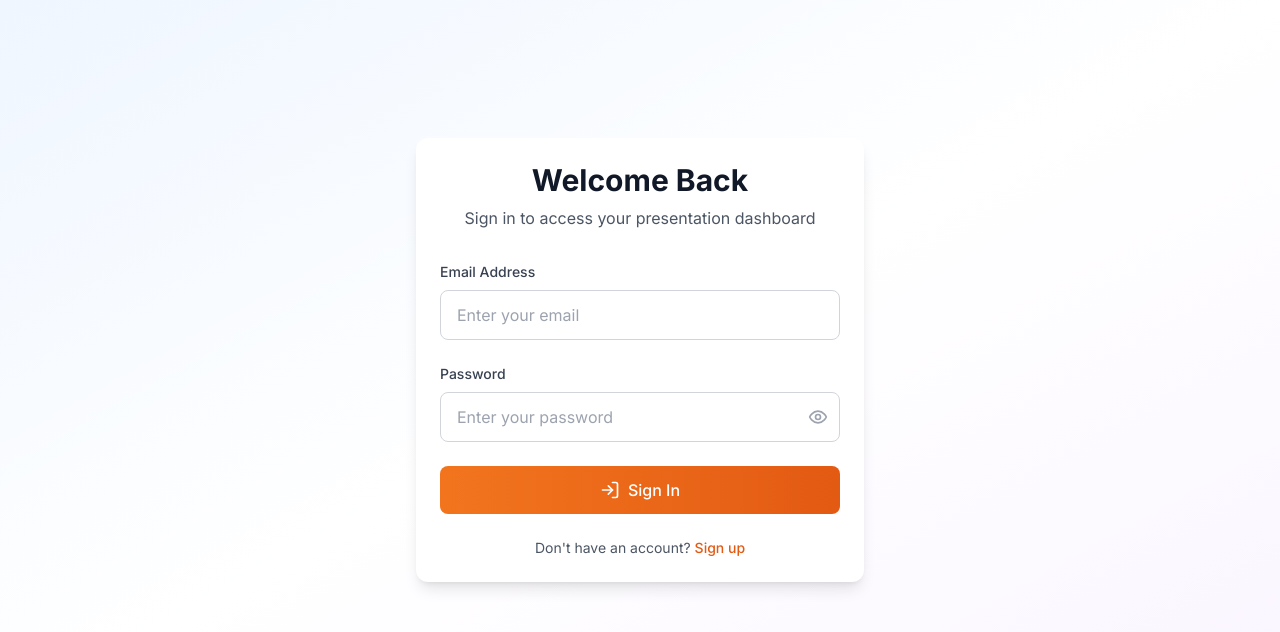
Repository: gsabarinath02/PitchVelo
Page: /login (app in frontend/)
An editor plug-in stored every save of this project. The page is shown before and after the next save, followed by the edit.
The browser window is 1280 px wide. The pictures show the whole page.
The page's requests for data from a server got no answer. The project was rebuilt for these pictures with package versions that can differ from the ones it lists, and the page was loaded fresh each time. The framework's server and built-in components were replaced by stand-ins that run in the browser. No one was signed in, and anything a server would have sent is missing. Also part of the build but not shown: frontend/next.config.js.

Above is the page before, as saved 2025-07-21 07:52:29.

### frontend/app/layout.tsx
import './globals.css'
import { Inter } from 'next/font/google'
import { Toaster } from 'react-hot-toast'
import { AuthProvider } from '@/contexts/AuthContext'

const inter = Inter({ subsets: ['latin'] })

export const metadata = {
  title: 'Presentation Analytics',
  description: 'Interactive presentation viewer with analytics tracking',
}

export default function RootLayout({
  children,
}: {
  children: React.ReactNode
}) {
  return (
    <html lang="en">
      <body className={`${inter.className} gradient-bg min-h-screen`}>
        <AuthProvider>
          {children}
          <Toaster
            position="top-right"
            toastOptions={{
              duration: 4000,
              style: {
                background: '#363636',
                color: '#fff',
              },
            }}
          />
        </AuthProvider>
      </body>
    </html>
  )
}

### frontend/app/login/page.tsx
'use client';

import { useState, useEffect } from 'react';
import { useRouter } from 'next/navigation';
import { useForm } from 'react-hook-form';
import { motion } from 'framer-motion';
import { Eye, EyeOff, LogIn } from 'lucide-react';
import toast from 'react-hot-toast';
import { authAPI } from '@/lib/api';
import { useAuth } from '@/contexts/AuthContext';

interface LoginForm {
  email: string;
  password: string;
}

export default function LoginPage() {
  const [showPassword, setShowPassword] = useState(false);
  const [isLoading, setIsLoading] = useState(false);
  const router = useRouter();
  const { login } = useAuth();

  const {
    register,
    handleSubmit,
    formState: { errors },
  } = useForm<LoginForm>();

  useEffect(() => {
    // Track page visit
    const trackPageVisit = async () => {
      try {
        await fetch('/api/analytics/page-visit', {
          method: 'POST',
          headers: { 'Content-Type': 'application/json' },
          body: JSON.stringify({ page_name: 'login' }),
        });
      } catch (error) {
        console.error('Failed to track page visit:', error);
      }
    };

    trackPageVisit();
  }, []);

  const onSubmit = async (data: LoginForm) => {
    setIsLoading(true);
    try {
      const response = await authAPI.login(data);
      const { access_token } = response.data;

      // Get user info from token (you might want to decode JWT or make another API call)
      const userResponse = await fetch('/api/auth/me', {
        headers: { Authorization: `Bearer ${access_token}` },
      });
      const user = await userResponse.json();

      login(access_token, user);
      toast.success('Login successful!');
      router.push('/dashboard');
    } catch (error: any) {
      toast.error(error.response?.data?.detail || 'Login failed');
    } finally {
      setIsLoading(false);
    }
  };

  return (
    <div className="min-h-screen flex items-center justify-center gradient-bg">
      <motion.div
        initial={{ opacity: 0, y: 20 }}
        animate={{ opacity: 1, y: 0 }}
        transition={{ duration: 0.5 }}
        className="card max-w-md w-full mx-4"
      >
        <div className="text-center mb-8">
          <h1 className="text-3xl font-bold text-gray-900 mb-2">
            Welcome Back
          </h1>
          <p className="text-gray-600">
            Sign in to access your presentation dashboard
          </p>
        </div>

        <form onSubmit={handleSubmit(onSubmit)} className="space-y-6">
          <div>
            <label htmlFor="email" className="block text-sm font-medium text-gray-700 mb-2">
              Email Address
            </label>
            <input
              {...register('email', {
                required: 'Email is required',
                pattern: {
                  value: /^[A-Z0-9._%+-]+@[A-Z0-9.-]+\.[A-Z]{2,}$/i,
                  message: 'Invalid email address',
                },
              })}
              type="email"
              id="email"
              className="input-field"
              placeholder="Enter your email"
            />
            {errors.email && (
              <p className="mt-1 text-sm text-red-600">{errors.email.message}</p>
            )}
          </div>

          <div>
            <label htmlFor="password" className="block text-sm font-medium text-gray-700 mb-2">
              Password
            </label>
            <div className="relative">
              <input
                {...register('password', {
                  required: 'Password is required',
                  minLength: {
                    value: 6,
                    message: 'Password must be at least 6 characters',
                  },
                })}
                type={showPassword ? 'text' : 'password'}
                id="password"
                className="input-field pr-10"
                placeholder="Enter your password"
              />
              <button
                type="button"
                onClick={() => setShowPassword(!showPassword)}
                className="absolute inset-y-0 right-0 pr-3 flex items-center"
              >
                {showPassword ? (
                  <EyeOff className="h-5 w-5 text-gray-400" />
                ) : (
                  <Eye className="h-5 w-5 text-gray-400" />
                )}
              </button>
            </div>
            {errors.password && (
              <p className="mt-1 text-sm text-red-600">{errors.password.message}</p>
            )}
          </div>

          <button
            type="submit"
            disabled={isLoading}
            className="btn-primary w-full flex items-center justify-center"
          >
            {isLoading ? (
              <div className="animate-spin rounded-full h-5 w-5 border-b-2 border-white"></div>
            ) : (
              <>
                <LogIn className="h-5 w-5 mr-2" />
                Sign In
              </>
            )}
          </button>
        </form>

        <div className="mt-6 text-center">
          <p className="text-sm text-gray-600">
            Don't have an account?{' '}
            <button
              onClick={() => router.push('/signup')}
              className="text-primary-600 hover:text-primary-700 font-medium"
            >
              Sign up
            </button>
          </p>
        </div>
      </motion.div>
    </div>
  );
}

### frontend/app/globals.css
@tailwind base;
@tailwind components;
@tailwind utilities;

@layer base {
  html {
    font-family: 'Segoe UI', Tahoma, Geneva, Verdana, sans-serif;
  }
}

@layer components {
  .btn-primary {
    @apply bg-gradient-to-r from-primary-500 to-primary-600 text-white px-6 py-3 rounded-lg font-medium transition-all duration-300 hover:from-primary-600 hover:to-primary-700 hover:shadow-lg transform hover:-translate-y-0.5;
  }

  .btn-secondary {
    @apply bg-gray-200 text-gray-800 px-6 py-3 rounded-lg font-medium transition-all duration-300 hover:bg-gray-300 hover:shadow-md transform hover:-translate-y-0.5;
  }

  .card {
    @apply bg-white rounded-xl shadow-lg p-6 transition-all duration-300 hover:shadow-xl transform hover:-translate-y-1;
  }

  .input-field {
    @apply w-full px-4 py-3 border border-gray-300 rounded-lg focus:ring-2 focus:ring-primary-500 focus:border-transparent transition-all duration-200;
  }

  .gradient-bg {
    @apply bg-gradient-to-br from-blue-50 via-white to-purple-50;
  }
}

### frontend/contexts/AuthContext.tsx
'use client';

import React, { createContext, useContext, useEffect, useState } from 'react';
import { User } from '@/lib/api';

interface AuthContextType {
  user: User | null;
  token: string | null;
  login: (token: string, user: User) => void;
  logout: () => void;
  isLoading: boolean;
}

const AuthContext = createContext<AuthContextType | undefined>(undefined);

export const useAuth = () => {
  const context = useContext(AuthContext);
  if (context === undefined) {
    throw new Error('useAuth must be used within an AuthProvider');
  }
  return context;
};

export const AuthProvider: React.FC<{ children: React.ReactNode }> = ({ children }) => {
  const [user, setUser] = useState<User | null>(null);
  const [token, setToken] = useState<string | null>(null);
  const [isLoading, setIsLoading] = useState(true);

  useEffect(() => {
    // Check for existing token on app load
    const storedToken = localStorage.getItem('token');
    const storedUser = localStorage.getItem('user');

    if (storedToken && storedUser) {
      setToken(storedToken);
      setUser(JSON.parse(storedUser));
    }

    setIsLoading(false);
  }, []);

  const login = (newToken: string, newUser: User) => {
    setToken(newToken);
    setUser(newUser);
    localStorage.setItem('token', newToken);
    localStorage.setItem('user', JSON.stringify(newUser));
  };

  const logout = () => {
    setToken(null);
    setUser(null);
    localStorage.removeItem('token');
    localStorage.removeItem('user');
  };

  return (
    <AuthContext.Provider value={{ user, token, login, logout, isLoading }}>
      {children}
    </AuthContext.Provider>
  );
};

### frontend/lib/api.ts
import axios from 'axios';

const API_BASE_URL = process.env.NEXT_PUBLIC_API_URL || 'http://localhost:8000';

const api = axios.create({
  baseURL: API_BASE_URL,
  headers: {
    'Content-Type': 'application/json',
  },
});

// Request interceptor to add auth token
api.interceptors.request.use((config) => {
  const token = localStorage.getItem('token');
  if (token) {
    config.headers.Authorization = `Bearer ${token}`;
  }
  return config;
});

// Response interceptor to handle errors
api.interceptors.response.use(
  (response) => response,
  (error) => {
    if (error.response?.status === 401) {
      localStorage.removeItem('token');
      window.location.href = '/login';
    }
    return Promise.reject(error);
  }
);

export interface User {
  id: number;
  email: string;
  username: string;
  role: string;
  created_at: string;
}

export interface LoginRequest {
  email: string;
  password: string;
}

export interface TokenResponse {
  access_token: string;
  token_type: string;
}

export interface FormSubmission {
  feedback: string;
  rating: number;
  suggestions?: string;
  selected_options?: string;
  contact_name?: string;
  contact_email?: string;
  contact_phone?: string;
  contact_notes?: string;
}

export interface PageVisit {
  page_name: string;
}

export interface PageVisitUpdate {
  exit_time: string;
  duration_seconds: number;
}

// Auth API
export const authAPI = {
  login: (data: LoginRequest) => api.post<TokenResponse>('/auth/login', data),
  signup: (data: LoginRequest & { username: string; role?: string }) =>
    api.post<User>('/auth/signup', data),
  getMe: () => api.get<User>('/auth/me'),
};

// Users API
export const usersAPI = {
  getAll: () => api.get<User[]>('/users/'),
  create: (data: LoginRequest & { username: string; role?: string }) =>
    api.post<User>('/users/', data),
};

// Forms API
export const formsAPI = {
  submit: (data: FormSubmission) => api.post('/forms/submit', data),
  getSubmissions: () => api.get('/forms/submissions'),
  getMySubmission: () => api.get('/forms/my-submission'),
};

// Analytics API
export const analyticsAPI = {
  createPageVisit: (data: PageVisit) => api.post('/analytics/page-visit', data),
  updatePageVisit: (visitId: number, data: PageVisitUpdate) =>
    api.put(`/analytics/page-visit/${visitId}`, data),
  getUserAnalytics: () => api.get('/analytics/user-analytics'),
  getMyAnalytics: () => api.get('/analytics/my-analytics'),
};

export default api;

### frontend/tailwind.config.js
/** @type {import('tailwindcss').Config} */
module.exports = {
  content: [
    './pages/**/*.{js,ts,jsx,tsx,mdx}',
    './components/**/*.{js,ts,jsx,tsx,mdx}',
    './app/**/*.{js,ts,jsx,tsx,mdx}',
  ],
  theme: {
    extend: {
      colors: {
        primary: {
          50: '#fef7ee',
          100: '#fdedd6',
          200: '#fbd7ac',
          300: '#f8bb77',
          400: '#f5933e',
          500: '#f2751e',
          600: '#e35a13',
          700: '#bc4312',
          800: '#963615',
          900: '#792e15',
        },
      },
      animation: {
        'fade-in': 'fadeIn 0.5s ease-in-out',
        'slide-up': 'slideUp 0.5s ease-out',
      },
      keyframes: {
        fadeIn: {
          '0%': { opacity: '0' },
          '100%': { opacity: '1' },
        },
        slideUp: {
          '0%': { transform: 'translateY(20px)', opacity: '0' },
          '100%': { transform: 'translateY(0)', opacity: '1' },
        },
      },
    },
  },
  plugins: [],
}

After the next save:
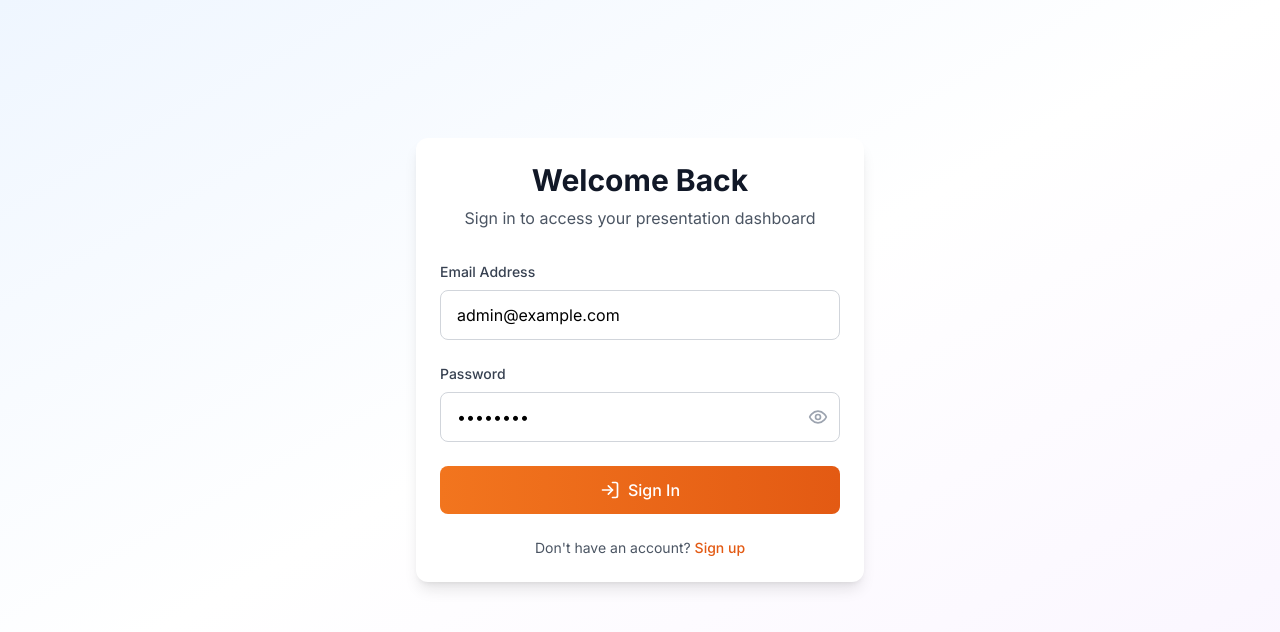
Saved 3 min 58 s later.
--- a/frontend/app/login/page.tsx
+++ b/frontend/app/login/page.tsx
@@ -49,10 +49,15 @@ export default function LoginPage() {
       const response = await authAPI.login(data);
       const { access_token } = response.data;
 
-      // Get user info from token (you might want to decode JWT or make another API call)
-      const userResponse = await fetch('/api/auth/me', {
+      // Get user info from backend API
+      const userResponse = await fetch(`${process.env.NEXT_PUBLIC_API_URL || 'http://localhost:8000'}/auth/me`, {
         headers: { Authorization: `Bearer ${access_token}` },
       });
+
+      if (!userResponse.ok) {
+        throw new Error('Failed to get user info');
+      }
+
       const user = await userResponse.json();
 
       login(access_token, user);
@@ -99,6 +104,7 @@ export default function LoginPage() {
               id="email"
               className="input-field"
               placeholder="Enter your email"
+              defaultValue="admin@example.com"
             />
             {errors.email && (
               <p className="mt-1 text-sm text-red-600">{errors.email.message}</p>
@@ -122,6 +128,7 @@ export default function LoginPage() {
                 id="password"
                 className="input-field pr-10"
                 placeholder="Enter your password"
+                defaultValue="admin123"
               />
               <button
                 type="button"
